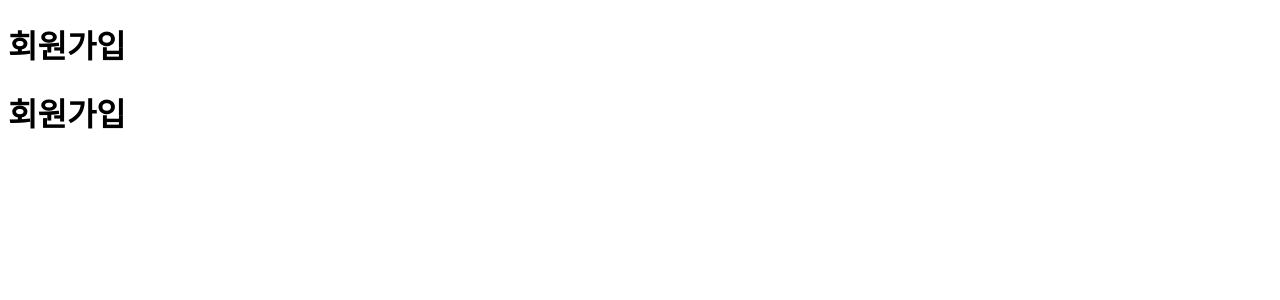
Repository: polikiki/Connor-s-team-projectt
Page: http://localhost/proj6_myBatis/emp0?cmd=join
These files come from the project's save history. The page is drawn as it stood at one moment and after the next save; the edit follows.
The browser window is 1280 px wide. The pictures show the whole page.
The page is served by Tomcat 9.

Above is the page before, as saved 2024-09-20 01:18:09.

After the next save:
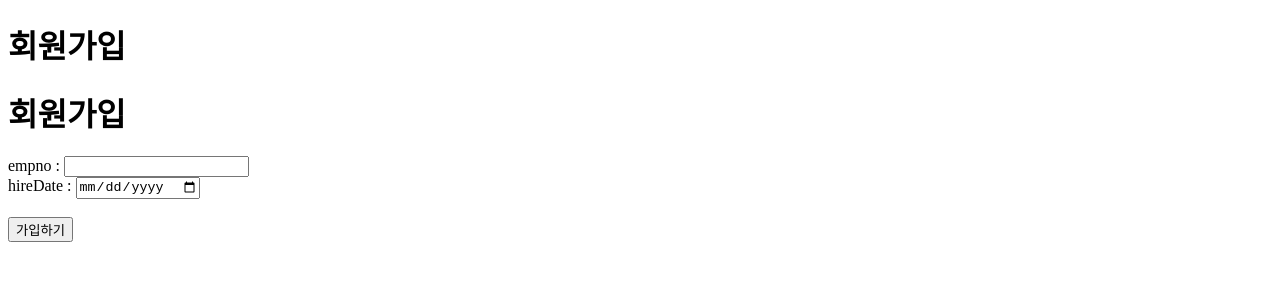
Saved 34 s later.
--- a/workspace_java/proj6_myBatis/src/main/webapp/WEB-INF/views/empjoin.jsp
+++ b/workspace_java/proj6_myBatis/src/main/webapp/WEB-INF/views/empjoin.jsp
@@ -27,5 +27,20 @@
 
 <h1>회원가입</h1>
 
+<form method="post" action="emp0">
+	empno :
+		<c:choose>
+		<c:when test='${cmd == "detail"}'>
+			${empDTP.empno}
+		</c:when>
+		<c:otherwise>
+			<input type="text" name="ename"><br>
+		</c:otherwise>
+	</c:choose>
+
+	hireDate : <input type="date" name="hireDate"><br>
+	<br>
+	<input type="submit" value="가입하기">
+</form>
 </body>
 </html>
